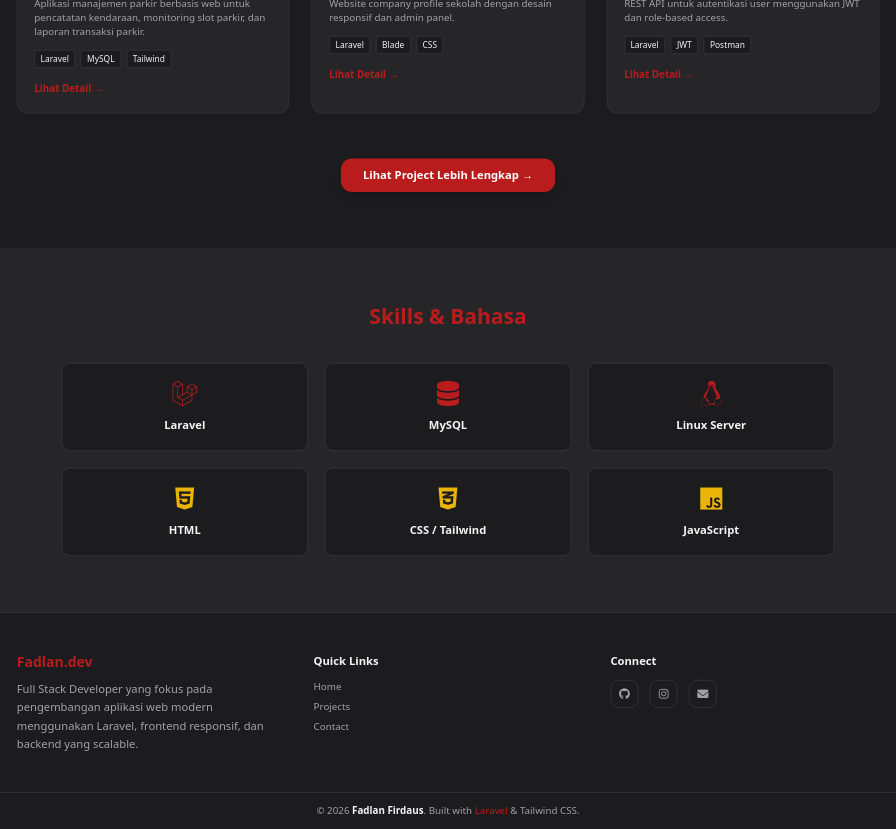
Repository: Fadlan079/Personal-Portfolio
Page: http://localhost/
These files come from the project's save history. The page is drawn as it stood at one moment and after the next save; the edit follows.
The browser window is 1280 px wide. The pictures show the part of the page from y = 2716 to 4636 px (the page is 3900 px tall before and 4636 px after), at 70% of full size.
Some web libraries are served in a nearby version. The page is served by the project's Laravel application, run on PHP 8.4 with Laravel 12.

Above is the page before, as saved 2026-01-15 09:19:17.

After the next save:
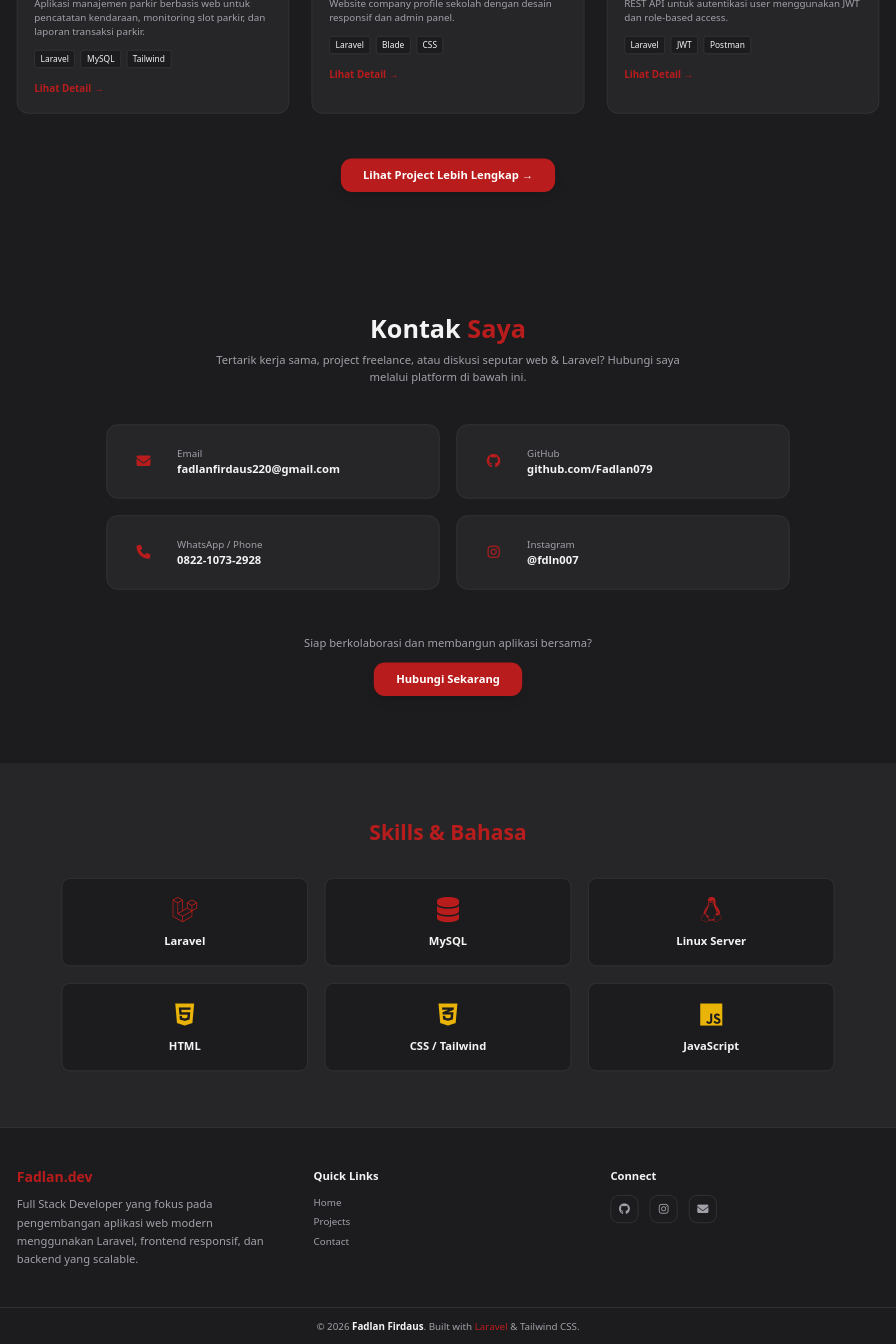
Saved 4 s later.
--- a/resources/views/portofolio.blade.php
+++ b/resources/views/portofolio.blade.php
@@ -85,6 +85,7 @@
     <section id="experience" class="py-20">@include('sections.experience')</section>
     <section id="education" class="py-24 bg-bg">@include('sections.education')</section>
     <section id="projects" class="py-20 bg-bg">@include('sections.project')</section>
+    <section id="contact" class="py-24 bg-bg">@include('sections.contact')</section>
   </main>
 
 
